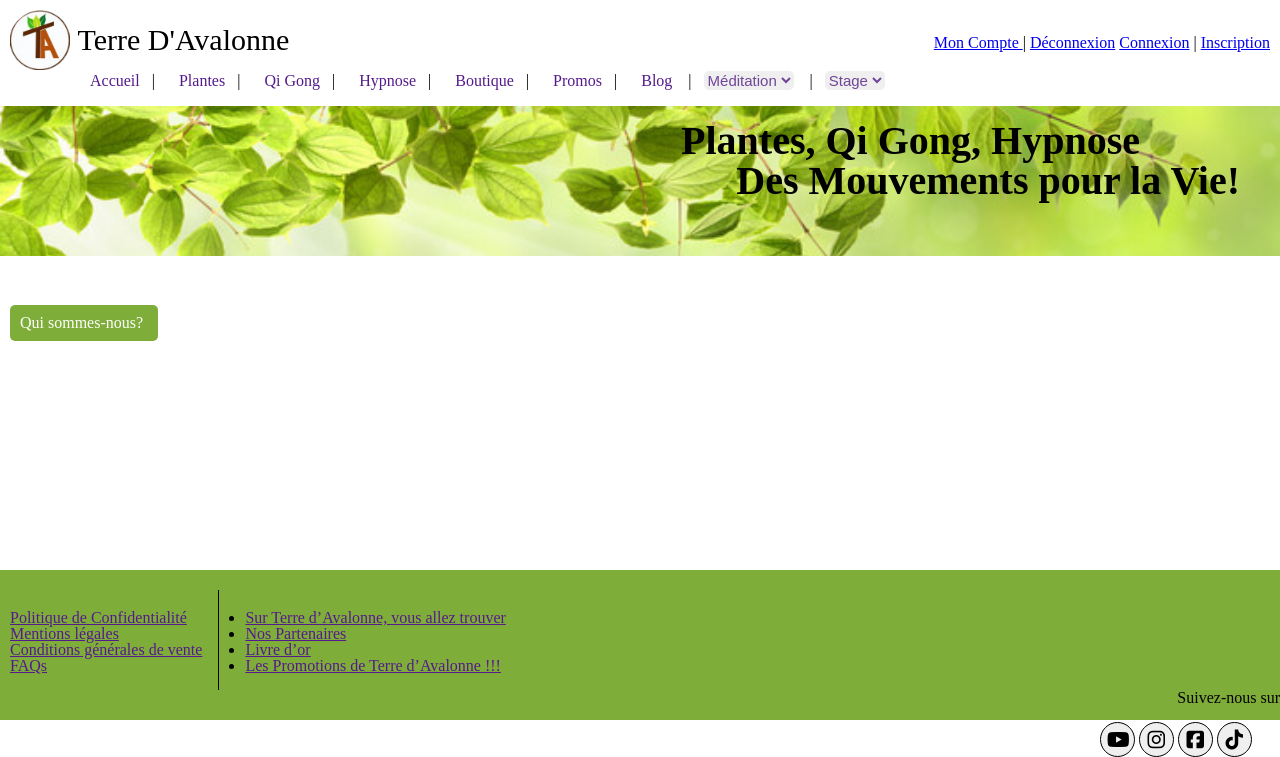
Repository: Michelhof1978/TerreDavalonne
Page: templates/base.html
The author's editor kept a copy of each file at every save. The page is drawn from the files as they stood at one save, then again after the next save.
The browser window is 1280 px wide. The pictures show the whole page.
Some web fonts or font styles are not loaded; a fallback is used. Some web libraries are served in a nearby version.

Above is the page before, as saved 2022-05-04 15:32:30.

### templates/base.html
<!DOCTYPE html>
<html lang="fr">

<head>
  <meta charset="UTF-8">
  <meta http-equiv="X-UA-Compatible" content="IE=edge">
  <meta name="viewport" content="width=device-width, initial-scale=1.0">
  <title>Newsletter</title>
  <link rel="stylesheet" href="/assets/reset.css" type="text/css">
  <script src="https://kit.fontawesome.com/a9becd4f18.js" crossorigin="anonymous"></script>
  <link rel="preconnect" href="https://fonts.googleapis.com">
  <link rel="preconnect" href="https://fonts.gstatic.com" crossorigin>
  <link
    href="https://fonts.googleapis.com/css2?family=Cairo:wght@500&family=Dancing+Script:wght@600;700&family=Ms+Madi&family=Updock&display=swap"
    rel="stylesheet">
</head>

<body>
  <header>
    <div style="float: left; padding:auto">
      <img class="logoTerreDavalonne" src="/assets/img/logoTerreDavalonne.png" alt="logo terre d'avalonne">
    </div>
    <div style="padding:10px">
      <h1 style="margin-top:15px">&nbspTerre D'Avalonne</h1>
    </div>

    <div class="login">

      <a href="{{path('account')}}">Mon Compte <small> </small></a> | <a href="{{path('app_logout')}}">Déconnexion</a>

      <a href="{{path('app_login')}}">Connexion</a> | <a href="{{path('registrer')}}">Inscription</a>

    </div>
    </div>


    <nav>
      <ul class="nav">
        <li class="nav-item">
          <a class="nav-link" href="">Accueil</a>&nbsp&nbsp&nbsp|
        </li>

        <li class="nav-item">
          <a class="nav-link" href="">Plantes</a>&nbsp&nbsp&nbsp|
        </li>

        <li class="nav-item">
          <a class="nav-link" href="">Qi Gong</a>&nbsp&nbsp&nbsp|
        </li>

        <li class="nav-item">
          <a href="">Hypnose</a>&nbsp&nbsp&nbsp|
        </li>

        <li class="nav-item">
          <a class="nav-link" href="">Boutique</a>&nbsp&nbsp&nbsp|
        </li>

        <li class="nav-item">
          <a class="nav-link" href="">Promos</a>&nbsp&nbsp&nbsp|
        </li>

        <li class="nav-item">
          <a class="nav-link" href="">Blog </a>&nbsp&nbsp&nbsp|&nbsp&nbsp
        </li>

        <select class=form-control>
          <option value=un>Méditation</option>
          <option value=deux>Deux</option>
          <option value=trois>Trois</option>
        </select>
        &nbsp&nbsp&nbsp|&nbsp&nbsp
        <select class=form-control>
          <option value=un>Stage</option>
          <option value=deux>Deux</option>
          <option value=trois>Trois</option>
        </select>
      </ul>

    </nav>




  </header>

  <div class="banniere">
    <div class="btn-banniere">
      <a class="link-banniere" href="">Qui sommes-nous?</a>
    </div>

    <div class="textBaniere ">Plantes, Qi Gong, Hypnose &nbsp&nbsp&nbsp&nbsp&nbsp&nbsp&nbsp&nbsp&nbsp<br>
      Des Mouvements pour la Vie!
    </div>
  </div>


















  <footer>
    <div style="display: flex;">
      <ul class="ulFooter">
        <li>
          <a href="">Politique de Confidentialité</a>
        </li>
        <li>
          <a href="">Mentions légales</a>
        </li>
        <li class>
          <a href="">Conditions générales de vente</a>
        </li>
        <li class>
          <a href="">FAQs</a>
        </li>
      </ul>
      <div class="footer-separator"></div>
      <ul class="ulFooter">
        <li>
          <a href="">Sur Terre d’Avalonne, vous allez trouver</a>
        </li>
        <li>
          <a href="">Nos Partenaires</a>
        </li>
        <li class>
          <a href="">Livre d’or</a>
        </li>
        <li class>
          <a href="">Les Promotions de Terre d’Avalonne !!!</a>
        </li>
      </ul>
    </div>

    <div class="reseaux">
      <p class="suivez-nous">Suivez-nous sur</p>
      <div class="reseauButton">
        <button class="reseaux1"><a href="https://www.youtube.com/results?search_query=terre+d%27avalonne" <i
            class="fa-brands fa-youtube" style="font-size:20px;text-decoration:none;color:black;"></i></a></button>
        <button class="reseaux2"><a href="https://www.instagram.com/terredavalonne/" <i class="fa fa-instagram"
            style="font-size:20px;text-decoration:none;color:black;"></i></a></button>
        <button class="reseaux3"><a href="https://www.facebook.com/Avalonne.naturopathe.lyon/" <i
            class="fa-brands fa-facebook-square"
            style="font-size:20px;text-decoration:none;color:black;"></i></a></button>
        <button class="reseaux4"><a href="https://www.tiktok.com/@terre_d_avalonne" <i class="fa-brands fa-tiktok"
            style="font-size:20px;text-decoration:none;color:black;"></i></a></button>

      </div>

  </footer>



</body>

<style>
  .logoTerreDavalonne {
    width: 60px;
    height: 60px;
    margin-left: 10px;
    margin-top: 10px;
  }

  h1 {
    font-size: 30px;
    margin: auto;
  }

  .login {
    text-align: end;
    color: black;
    text-decoration: none;
    margin-right: 10px;
    margin-top: -30px;
  }

  ul {
    padding-top: 20px;
    font-size: 1rem;

  }

  .nav-item {
    display: inline;
    padding-left: 20px;

  }

  nav a {
    text-decoration: none;
  }


  nav a:hover {
    color: #0d3d9e;
  }

  .form-control {
    border-radius: 5px;
    border: 0px solid;
    font-size: 15px;
    color: rgba(89, 37, 135, 0.845);
  }

  .banniere {
    background-image: url("/assets/img/BanniereProvisoir.jpg");
    background-size: 100%;
    height: 150px;

  }

  .textBaniere {
    padding-right: 40px;
    font-size: 40px;
    text-align: right;
    padding-top: 15px;
    font-weight: 600;
    font-family: 'Cairo', sans-serif;
    font-family: 'Dancing Script', cursive;
    font-family: 'Ms Madi', cursive;
    font-family: 'Updock', cursive;

  }

  .link-banniere{
    text-decoration: none;
    color: white;
  }

  .btn-banniere {
    width: 10%;
    background-color: #7FAD39;
    padding: 10px;
    border-radius: 5px;
    cursor: pointer;
    position: absolute;
    top: 41%;
    margin: 10px;
    text-decoration: none;
    color: white;

  }

  .btn-banniere:hover {
    background-color: #99f80a;
  }


  .reseauButton {
    padding-right: 28px;
  }

  footer {
    position: absolute;
    bottom: 0;
    width: 100%;
    height: 130px;
    background-color: #7FAD39;
    padding-top: 20px;
  }

  .ulFooter {
    text-align: left;
    padding-left: 10px;
  }

  .footer-separator {
    width: 1px;
    margin-left: 16px;
    margin-right: 16px;
    background-color: #000;
  }

  .reseaux {
    text-align: end;
  }

  .reseaux1,
  .reseaux2,
  .reseaux3,
  .reseaux4 {
    height: 35px;
    width: 35px;
    border-radius: 50%;
    border: 1px solid #000;
    text-align: end;
    padding-right: 8px;
  }

  .reseaux1:hover {

    background-color: rgba(224, 107, 107, 0.919);
  }

  .reseaux2:hover {
    background-color: rgba(168, 73, 168, 0.848);
  }

  .reseaux3:hover {
    background-color: rgba(63, 162, 189, 0.554);
  }

  .reseaux4:hover {
    background-color: rgb(230, 157, 12);
  }
</style>

</html>

### assets/reset.css

  html,
  body,
  div,
  span,
  applet,
  object,
  iframe,
  h1,
  h2,
  h3,
  h4,
  h5,
  h6,
  p,
  blockquote,
  pre,
  a,
  abbr,
  acronym,
  address,
  big,
  cite,
  code,
  del,
  dfn,
  em,
  img,
  ins,
  kbd,
  q,
  s,
  samp,
  small,
  strike,
  strong,
  sub,
  sup,
  tt,
  var,
  b,
  u,
  i,
  center,
  dl,
  dt,
  dd,
  ol,
  ul,
  li,
  fieldset,
  form,
  label,
  legend,
  table,
  caption,
  tbody,
  tfoot,
  thead,
  tr,
  th,
  td,
  article,
  aside,
  canvas,
  details,
  embed,
  figure,
  figcaption,
  footer,
  header,
  hgroup,
  menu,
  nav,
  output,
  ruby,
  section,
  summary,
  time,
  mark,
  audio,
  video {
    margin-left: 0;
    margin-right: 0;
    margin-top: 0;
    padding: 0;
    border: 0;
    font-size: 100%;
    font: inherit;
    vertical-align: baseline;
  }

  /* HTML5 display-role reset for older browsers */
  article,
  aside,
  details,
  figcaption,
  figure,
  footer,
  header,
  hgroup,
  menu,
  nav,
  section {
    display: block;
  }

  body {
    line-height: 1;
  }

After the next save:
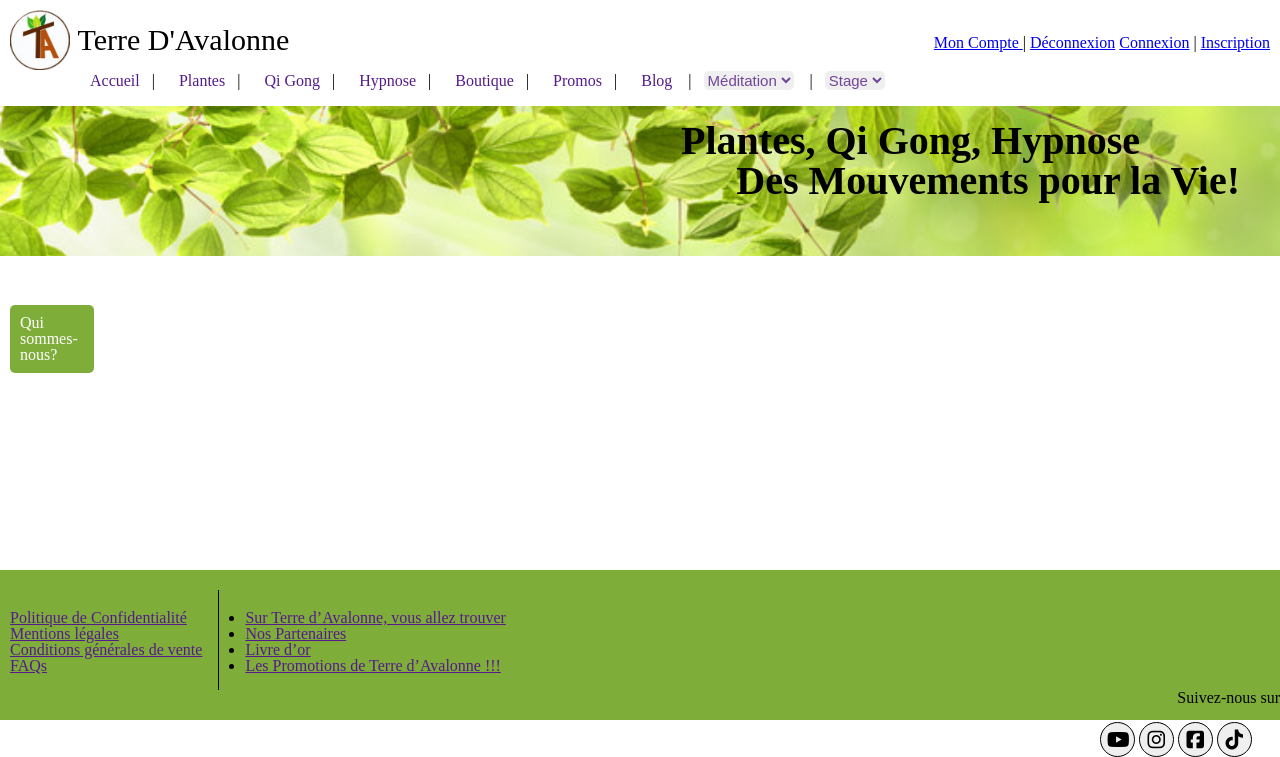
Saved 32 s later.
--- a/templates/base.html
+++ b/templates/base.html
@@ -240,7 +240,7 @@
   }
 
   .btn-banniere {
-    width: 10%;
+    width: 5%;
     background-color: #7FAD39;
     padding: 10px;
     border-radius: 5px;

After the 2 saves that followed:
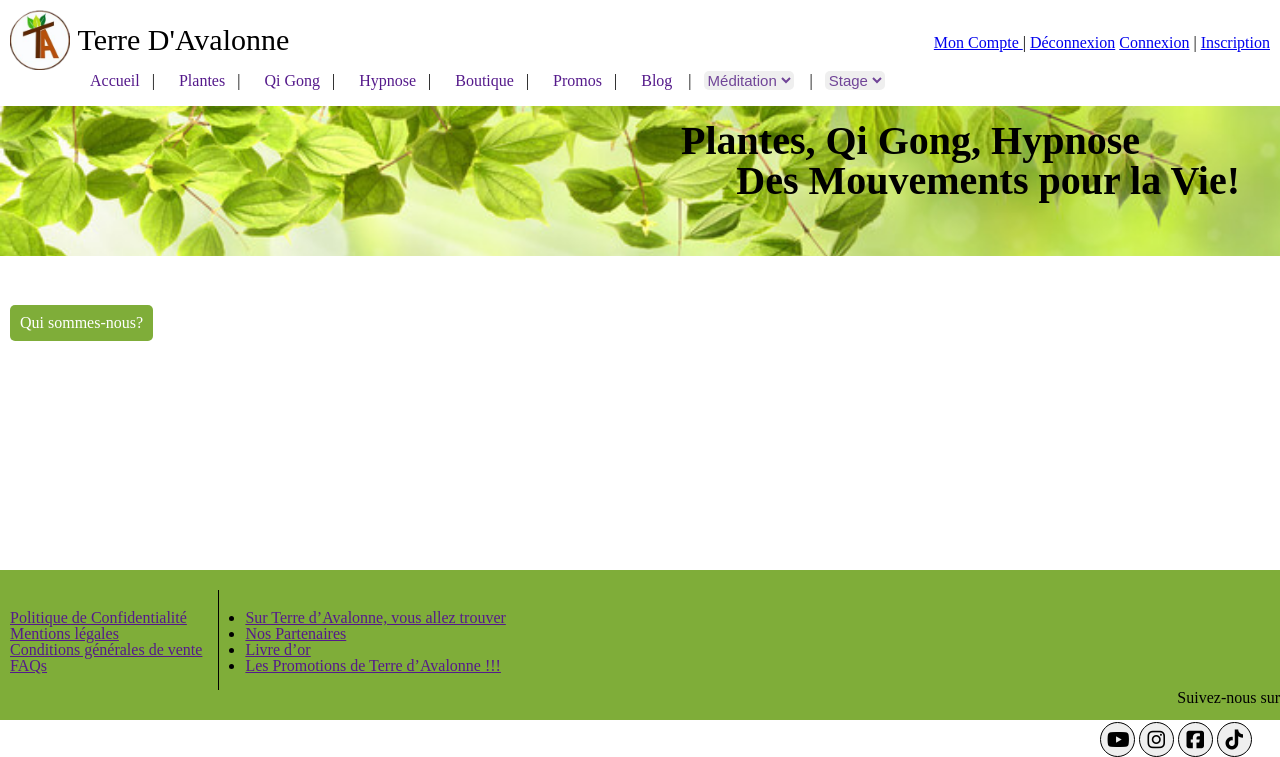
The 2 saves are shown as one change because they came seconds apart.
The last was saved 13 s later.
--- a/templates/base.html
+++ b/templates/base.html
@@ -240,7 +240,7 @@
   }
 
   .btn-banniere {
-    width: 5%;
+    height: ;
     background-color: #7FAD39;
     padding: 10px;
     border-radius: 5px;
